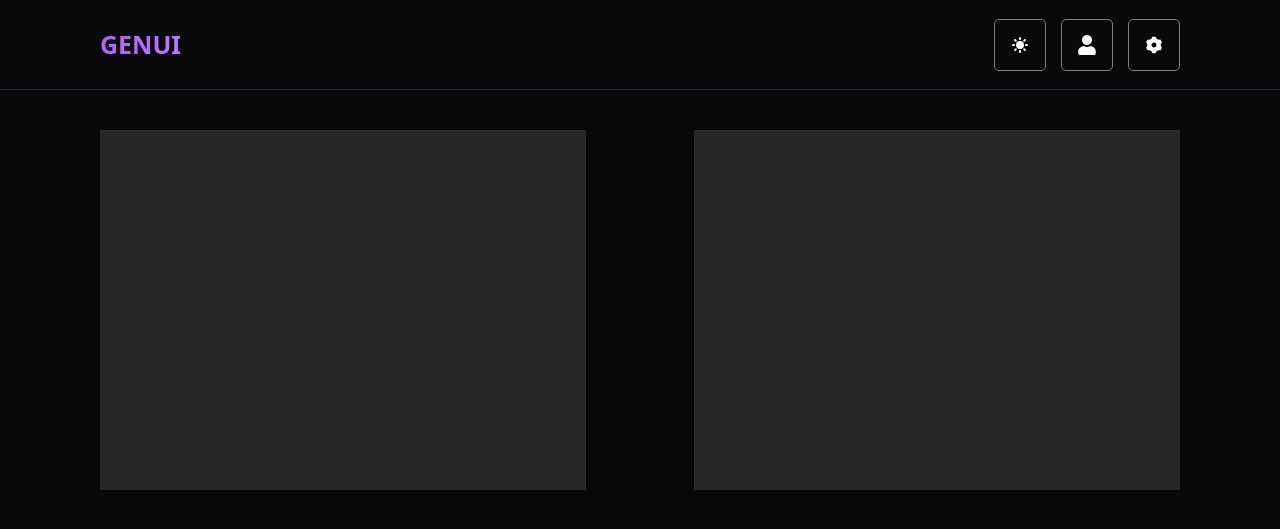
Repository: amanshukl6202/Ai-Component-Generator
Page: / (app in AI-Component-Generator-main/)
The author's editor kept a copy of each file at every save. The page is drawn from the files as they stood at one save, then again after the next save.
The browser window is 1280 px wide. The pictures show the whole page.
The project was rebuilt for these pictures with package versions that can differ from the ones it lists, and the page was loaded fresh each time. Also part of the build but not shown: AI-Component-Generator-main/vite.config.js, AI-Component-Generator-main/src/pages/NoPage.jsx.

Above is the page before, as saved 2026-05-17 18:05:15.

After the next save:
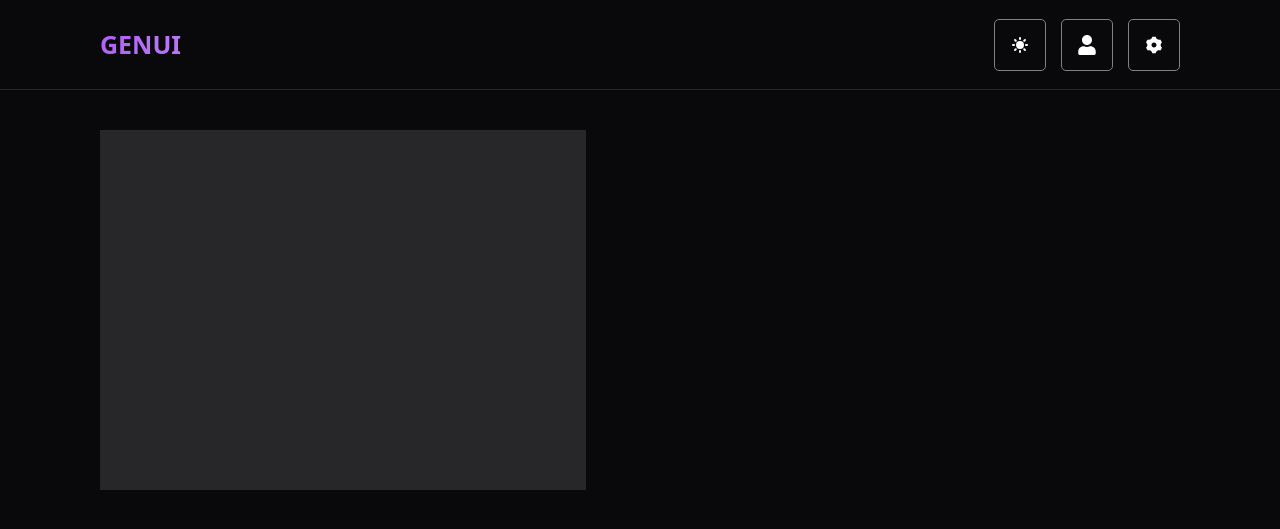
Saved 21 s later.
--- a/AI-Component-Generator-main/src/pages/Home.jsx
+++ b/AI-Component-Generator-main/src/pages/Home.jsx
@@ -9,7 +9,7 @@
 
     <div className="flex items-center px-[100px] justify-between gap-[20ox]">
         <div className="left w-[45%] h-[50vh] bg-zinc-800 mt-10"></div>
-        <div className="right w-[45%] h-[50vh] bg-zinc-800 mt-10"></div>
+
     </div>
   </>
 )
